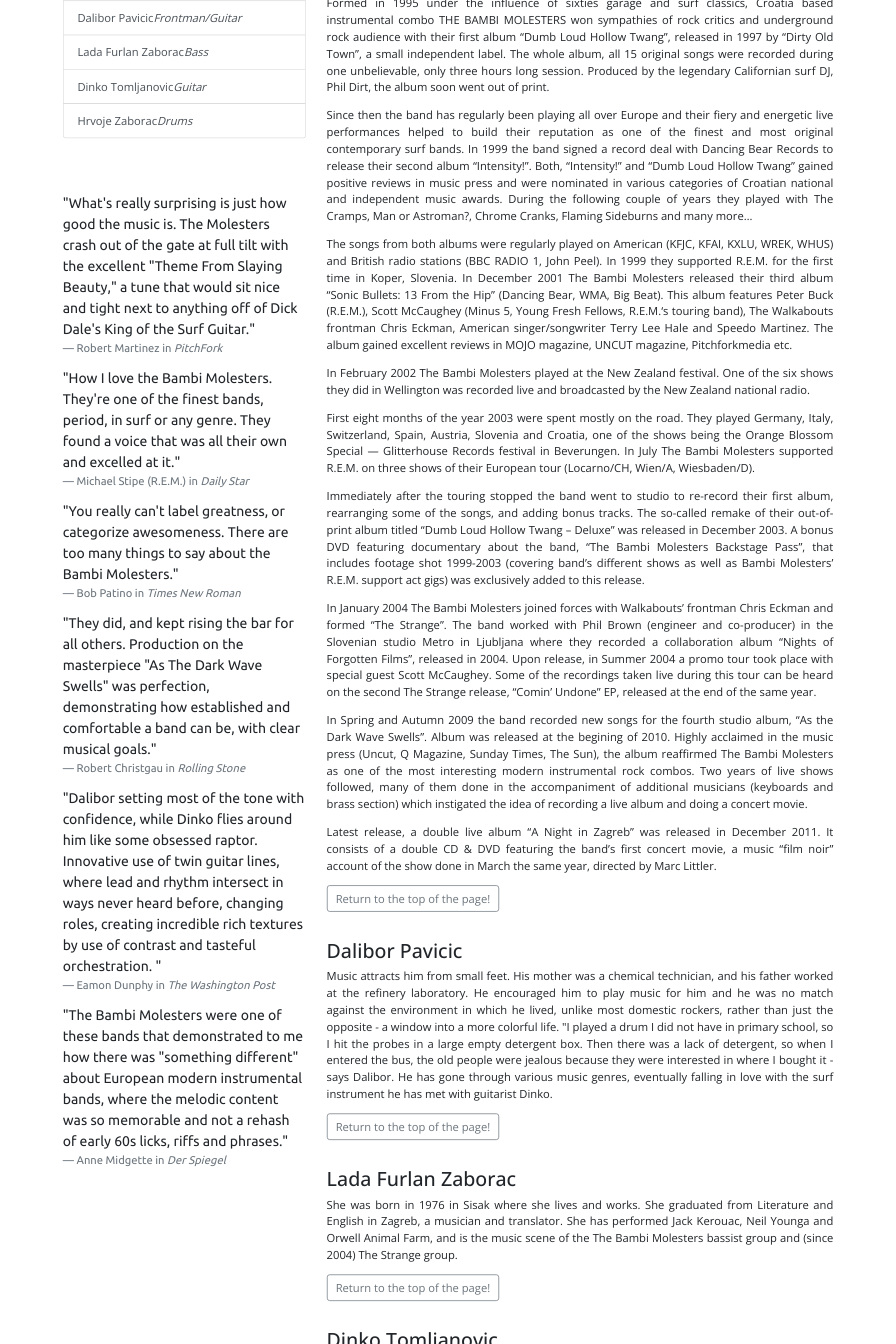
Repository: NamcorStudent/Stream_1_Project_HTML5-CSS3
Page: about.html
The author's editor kept a record of every edit. The page is drawn from the files as they stood at one moment, then again after the next edit.
The browser window is 1280 px wide. The pictures show the part of the page from y = 681 to 2601 px (the page is 3039 px tall), at 70% of full size.
Some web libraries are served in a nearby version.

Above is the page before.

After the next edit:
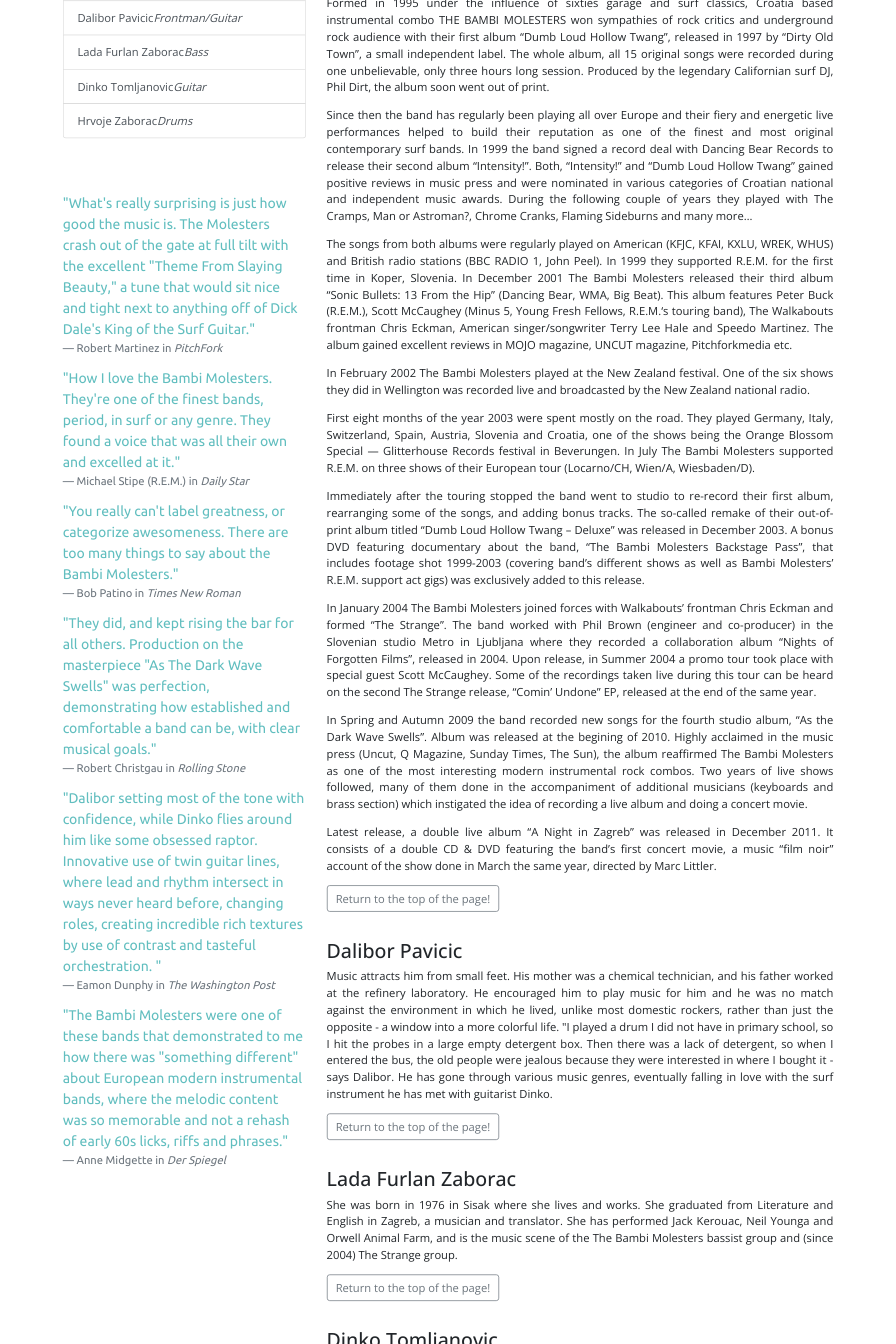
The edit:
--- a/assets/css/style.css
+++ b/assets/css/style.css
@@ -196,7 +196,9 @@
 
 .quotes{
     font-family: "ubuntu", sans-serif;
+    color: #61bebf;
     margin-top: 6vw;
+    font-size: 1.40rem;
 }
 
 .btn-outline-secondary{
